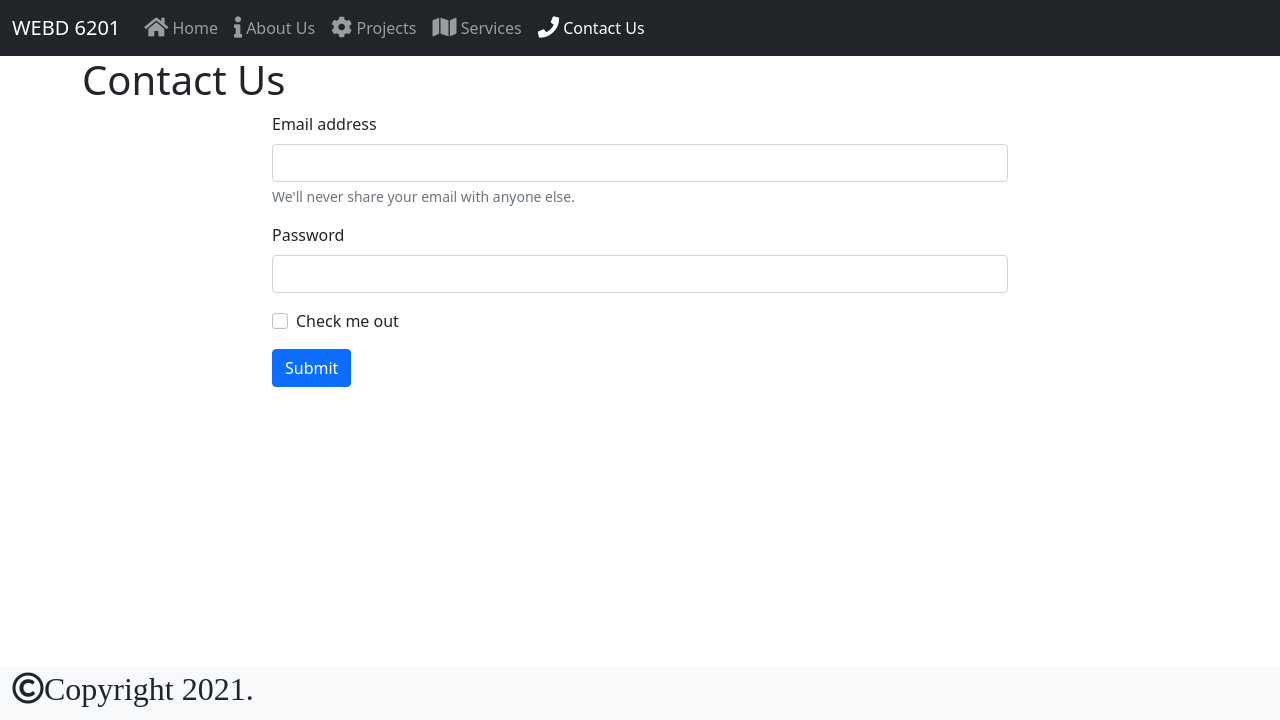
Repository: vans12345678/WEBD6201-W2021-Week3
Page: contact.html
The author's editor kept a copy of each file at every save. The page is drawn from the files as they stood at one save, then again after the next save.
The browser window is 1280 px wide. The pictures show the whole page.

Above is the page before, as saved 2021-01-21 09:20:00.

### contact.html
<!DOCTYPE html>
<html lang="en">
<head>
    <meta charset="UTF-8">
    <meta name="viewport" content="width=device-width, initial-scale=1.0">
    <title>Contact Us</title>

    <!-- CSS Section -->
    <link rel="stylesheet" href="./node_modules/bootstrap/dist/css/bootstrap.min.css">
    <link rel="stylesheet" href="./node_modules/@fortawesome/fontawesome-free/css/all.min.css">
    <link rel="stylesheet" href="./Content/app.css">
</head>
<body>
  <!-- Main Header -->
    <header>
      <!-- Main Navigation -->
        <nav class="navbar navbar-expand-lg navbar-dark bg-dark">
            <div class="container-fluid">
              <a class="navbar-brand" href="index.html">WEBD 6201</a>
              <button class="navbar-toggler" type="button" data-bs-toggle="collapse" data-bs-target="#navbarSupportedContent" aria-controls="navbarSupportedContent" aria-expanded="false" aria-label="Toggle navigation">
                <span class="navbar-toggler-icon"></span>
              </button>
              <div class="collapse navbar-collapse" id="navbarSupportedContent">
                <ul class="navbar-nav me-auto mb-2 mb-lg-0">
                  <li class="nav-item">
                    <a class="nav-link " aria-current="page" href="index.html"><i class="fas fa-home fa-lg"></i> Home</a>
                  </li>

                  <li class="nav-item">
                    <a class="nav-link" aria-current="page" href="about.html"><i class="fas fa-info fa-lg"></i> About Us</a>
                  </li>

                  <li class="nav-item">
                    <a class="nav-link" aria-current="page" href="projects.html"><i class="fas fa-cog fa-lg"></i> Projects</a>
                  </li>

                  <li class="nav-item">
                    <a class="nav-link" aria-current="page" href="services.html"><i class="fas fa-map fa-lg"></i> Services</a>
                  </li>

                  <li class="nav-item">
                    <a class="nav-link active" aria-current="page" href="contact.html"><i class="fas fa-phone fa-lg"></i> Contact Us</a>
                  </li>
                </ul>
              </div>
            </div>
          </nav>
    </header>
  <!-- Main Contents -->
    <main class="container">
        <h1>Contact Us</h1>

        <div class = "row justify-content-lg-center">
          <form class = "col-col-lg-8 col-md-8 col-sm-10">
          <div class="mb-3">
            <label for="exampleInputEmail1" class="form-label">Email address</label>
            <input type="email" class="form-control" id="exampleInputEmail1" aria-describedby="emailHelp">
            <div id="emailHelp" class="form-text">We'll never share your email with anyone else.</div>
          </div>
          <div class="mb-3">
            <label for="exampleInputPassword1" class="form-label">Password</label>
            <input type="password" class="form-control" id="exampleInputPassword1">
          </div>
          <div class="mb-3 form-check">
            <input type="checkbox" class="form-check-input" id="exampleCheck1">
            <label class="form-check-label" for="exampleCheck1">Check me out</label>
          </div>
          <button type="submit" class="btn btn-primary">Submit</button>
        </form>
        </div>


    </main>
    <!-- Main Footer -->
    <footer>
        <nav class="navbar fixed-bottom navbar-light bg-light">
            <div class="container-fluid">
                <h4><i class="far fa-copyright fa-lg">Copyright 2021.</i></h4>
            </div>
          </nav>
    </footer>
    <!-- Script Section -->
    <script src="./node_modules/jquery/dist/jquery.min.js"></script>
    <script src="./node_modules/bootstrap/dist/js/bootstrap.bundle.min.js"></script>
    <script src="./Scripts/app.js"></script>
</body>
</html>

### Scripts/app.js
/* Custom JavaScript goes here */

//IIFE - Immediately Invoked Function Expression
//AKA - Anonymous Self-Executing Function
//Closure - limits scope leak

"use strict";

(function(){

    function displayHome()
    {

        let paragraphOneText = "This is a simple site to demonstrate DOM Manipulation for ICE 1";
        let paragraphOneElement = document.getElementById("paragraphOne");

        paragraphOneElement.textContent = paragraphOneText;
        //paragraphOneElement.style = "color: blue; font-weight: bold;";
        paragraphOneElement.className = "fs-5 fw-bold text-center";

        //Step 1. document.createElement
        let newParagraph = document.createElement("p");
        //Step 2. Configure the element
        newParagraph.setAttribute("id", "paragraphTwo");
        newParagraph.textContent = "... And this is paragraph two";
        //Step 3. Select parent element
        let mainContent = document.getElementsByTagName("main")[0];
        //Step 4. Add / Insert the element
        mainContent.appendChild(newParagraph);

        newParagraph.className = "fs-6";

        //Another way of injecting content`
        let paragraphDiv = document.createElement('div');
        let paragraphThree =  `<p id = "paragraphThree" class = "fs-7 fw-bold">...And this is the Third paragraph</p>`;
        paragraphDiv.innerHTML = paragraphThree;
        // mainContent.innerHTML = paragraphThree;
        // console.log(paragraphOneElement);

        //insertion before node
        //newParagraph.before(paragraphDiv);

        //insertion after node
        newParagraph.after(paragraphDiv);

        //deletions
        //example of removing a single element
        //paragraphOneElement.remove();

        //example of removeChild
        //mainContent.removeChild(paragraphOneElement);

        //update / modification
        //mainContent.firstElementChild.textContent = "Welcome home";

        mainContent.innerHTML =
        `<h1 id = "firstHeading">Welcome to WEBD6201 - Lab 1</h1>
        <p id = "paragraphOne" class = "fs-3 fw-bold">This is my first paragraph</p>
        `;

    }
    function displayAbout()
    {

    }
    function displayProjects()
    {

    }
    function displayServices()
    {

    }
    function displayContact()
    {

    }
    function Start()
    {
        console.log("App Started...");

        switch(document.title)
        {
            case "Home":
                displayHome();
                break;
            case "About":
                displayAbout();
                break;
            case "Projects":
                displayProjects();
                break;
            case "Services":
                displayServices();
                break;
            case "Contact":
                displayContact();
                break;
        }


    }

    window.addEventListener("load", Start);

})();

Loaded but not shown: node_modules/bootstrap/dist/css/bootstrap.min.css (library); node_modules/@fortawesome/fontawesome-free/css/all.min.css (library); Content/app.css (common file); node_modules/jquery/dist/jquery.min.js (library); node_modules/bootstrap/dist/js/bootstrap.bundle.min.js (library)

After the next save:
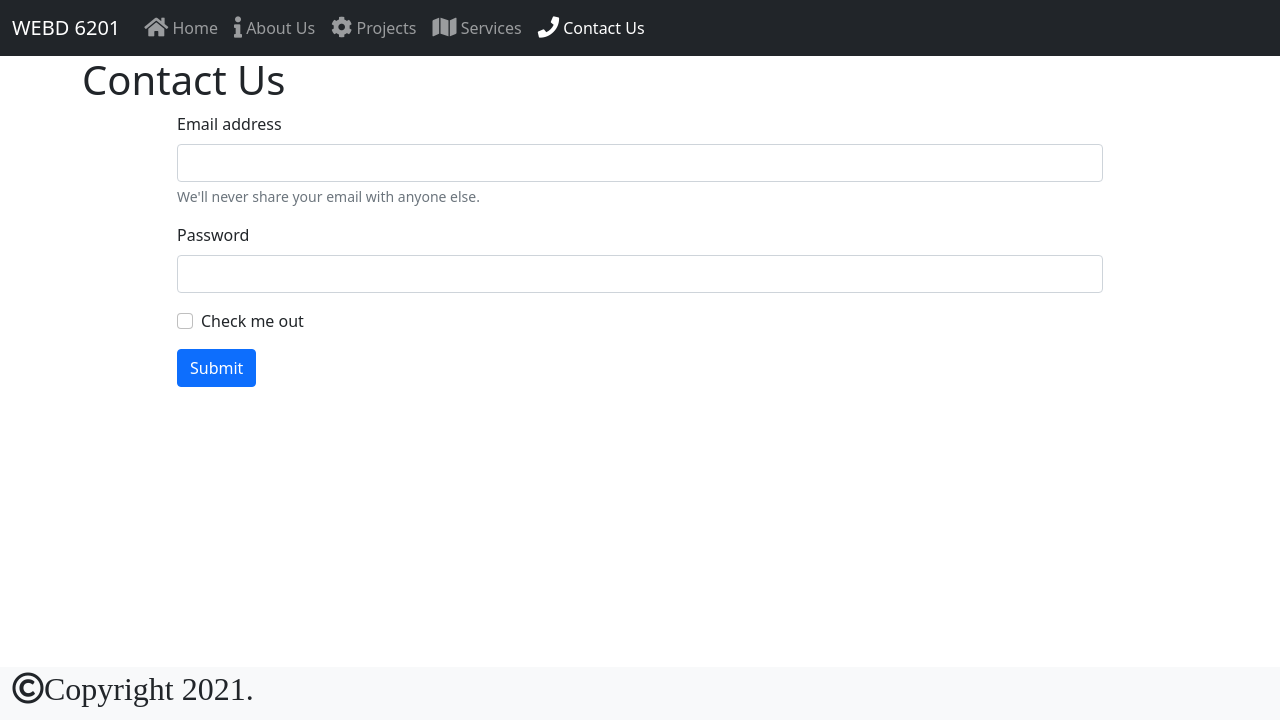
Saved 68 s later.
--- a/contact.html
+++ b/contact.html
@@ -51,7 +51,7 @@
         <h1>Contact Us</h1>
 
         <div class = "row justify-content-lg-center">
-          <form class = "col-col-lg-8 col-md-8 col-sm-10">
+          <form class = "col-col-lg-6 col-md-10 col-sm-10">
           <div class="mb-3">
             <label for="exampleInputEmail1" class="form-label">Email address</label>
             <input type="email" class="form-control" id="exampleInputEmail1" aria-describedby="emailHelp">
